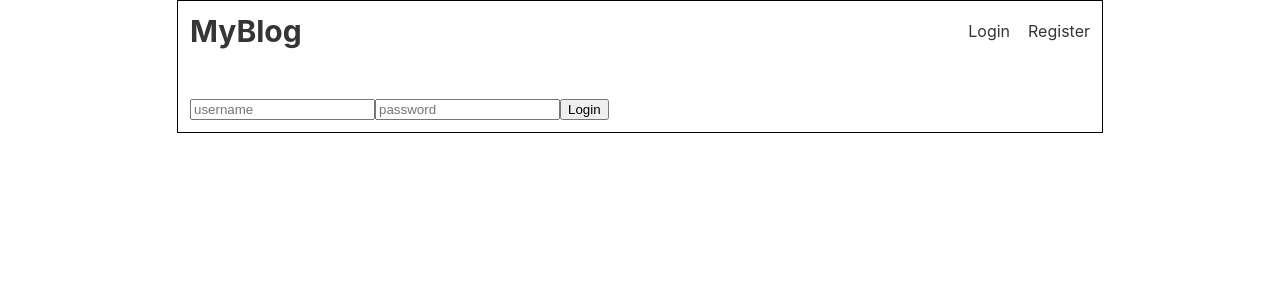
Repository: ateeque-219/BlogApp
Page: /login (app in blogapp/)
An editor plug-in stored every save of this project. The page is shown before and after the next save, followed by the edit.
The browser window is 1280 px wide. The pictures show the whole page.
The project was rebuilt for these pictures with package versions that can differ from the ones it lists, and the page was loaded fresh each time. Also part of the build but not shown: blogapp/src/Post.js, blogapp/src/pages/Indexpage.js, blogapp/src/pages/RegisterPage.js.

Above is the page before, as saved 2024-01-09 13:07:42.

After the next save:
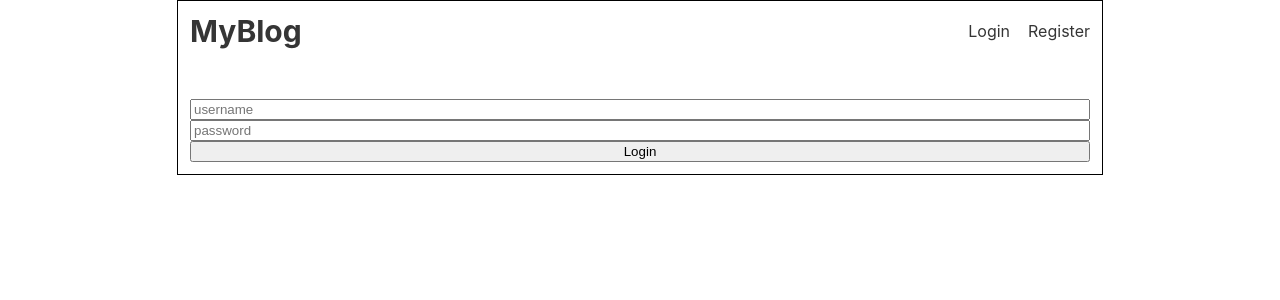
Saved 5 s later.
--- a/blogapp/src/App.css
+++ b/blogapp/src/App.css
@@ -64,5 +64,5 @@ div.post p.summary{
 }
 form.login , form.register{
   display: flex;
-  flex-direction: ;
+  flex-direction: column;
 }
